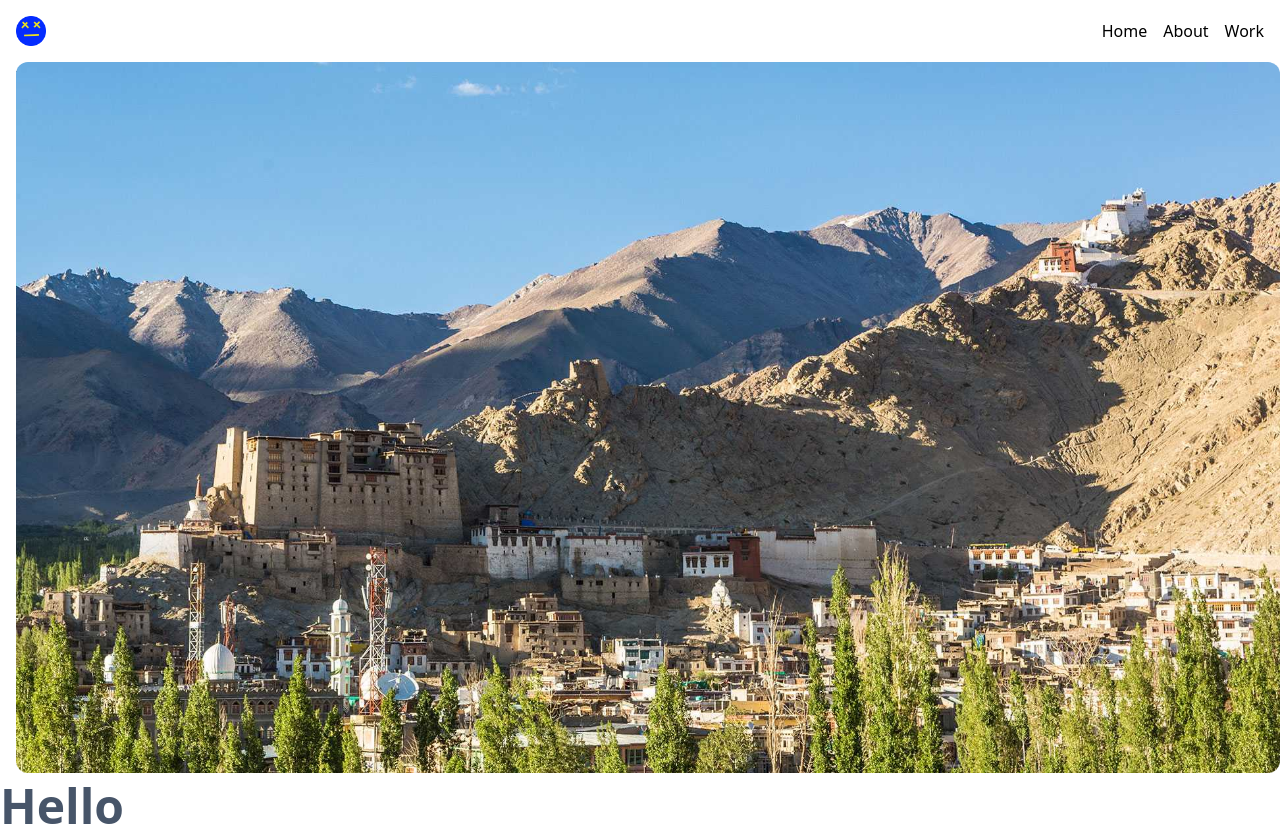
Repository: aaroncemery/aaroncemery-next
Page: /
These files come from the project's save history. The page is drawn as it stood at one moment and after the next save; the edit follows.
The browser window is 1280 px wide. The pictures show the whole page.
The project was rebuilt for these pictures with package versions that can differ from the ones it lists, and the page was loaded fresh each time. The framework's server and built-in components were replaced by stand-ins that run in the browser. Also part of the build but not shown: next.config.js.

Above is the page before, as saved 2022-06-13 17:14:50.

### pages/index.tsx
import type { NextPage } from 'next'
import { Fragment } from 'react'
import Image from 'next/image'
import NavIcon from '../public/nav-icon.png'
import BgImage from '../public/lehguidelead.jpeg'
import Link from 'next/link'

const Home: NextPage = () => {
  return (
    <Fragment>
      <nav className="container flex justify-between items-center px-4 py-4">
        <Image src={NavIcon} alt={'aaroncemery icon'} height={30} width={30} />
        <ul className="flex justify-between items-center gap-4">
          <li>
            <Link href="/">Home</Link>
          </li>
          <li>
            <Link href="/about">About</Link>
          </li>
          <li>
            <Link href="/work">Work</Link>
          </li>
        </ul>
      </nav>
      <div className="container px-4 aspect-video relative">
        <div className="absolute z-0 rounded-xl">
          <Image src={BgImage} alt={'image'} className="rounded-xl z-0" />
        </div>
        <h1 className="z-10">test</h1>
      </div>
      <h1 className="font-sans text-5xl font-bold text-slate-600">Hello</h1>
    </Fragment>
  )
}

export default Home

### tailwind.config.js
/** @type {import('tailwindcss').Config} */
module.exports = {
  content: [
    './pages/**/*.{js,ts,jsx,tsx}',
    './components/**/*.{js,ts,jsx,tsx}',
  ],
  theme: {
    extend: {
      backgroundImage: {
        'hero-pattern': "url('/public/lehguidelead.jpeg')",
      },
    },
  },
  plugins: [],
}

Loaded but not shown: pages/_app.tsx (common file); styles/globals.css (common file)

After the next save:
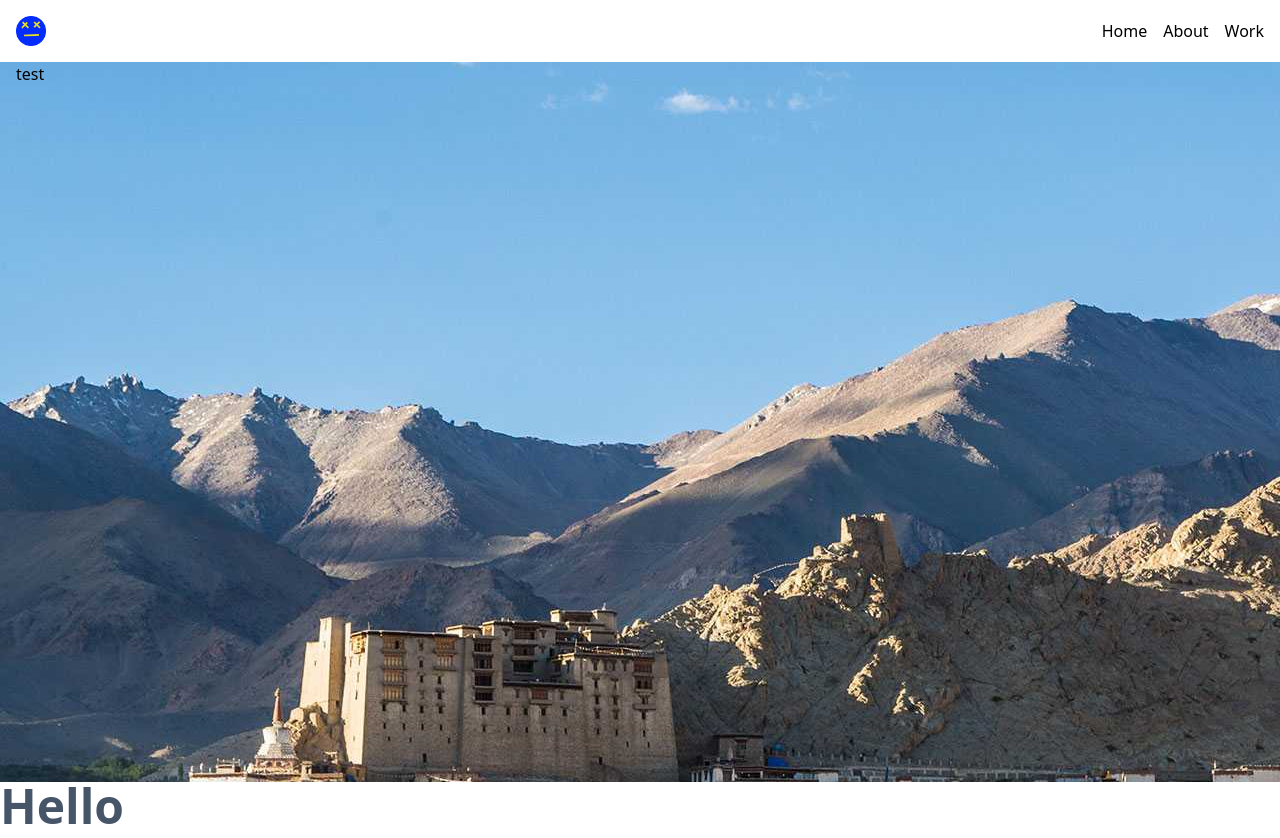
Saved 79 s later.
--- a/pages/index.tsx
+++ b/pages/index.tsx
@@ -22,10 +22,7 @@ const Home: NextPage = () => {
           </li>
         </ul>
       </nav>
-      <div className="container px-4 aspect-video relative">
-        <div className="absolute z-0 rounded-xl">
-          <Image src={BgImage} alt={'image'} className="rounded-xl z-0" />
-        </div>
+      <div className="container px-4 aspect-video relative bg-hero-pattern">
         <h1 className="z-10">test</h1>
       </div>
       <h1 className="font-sans text-5xl font-bold text-slate-600">Hello</h1>
